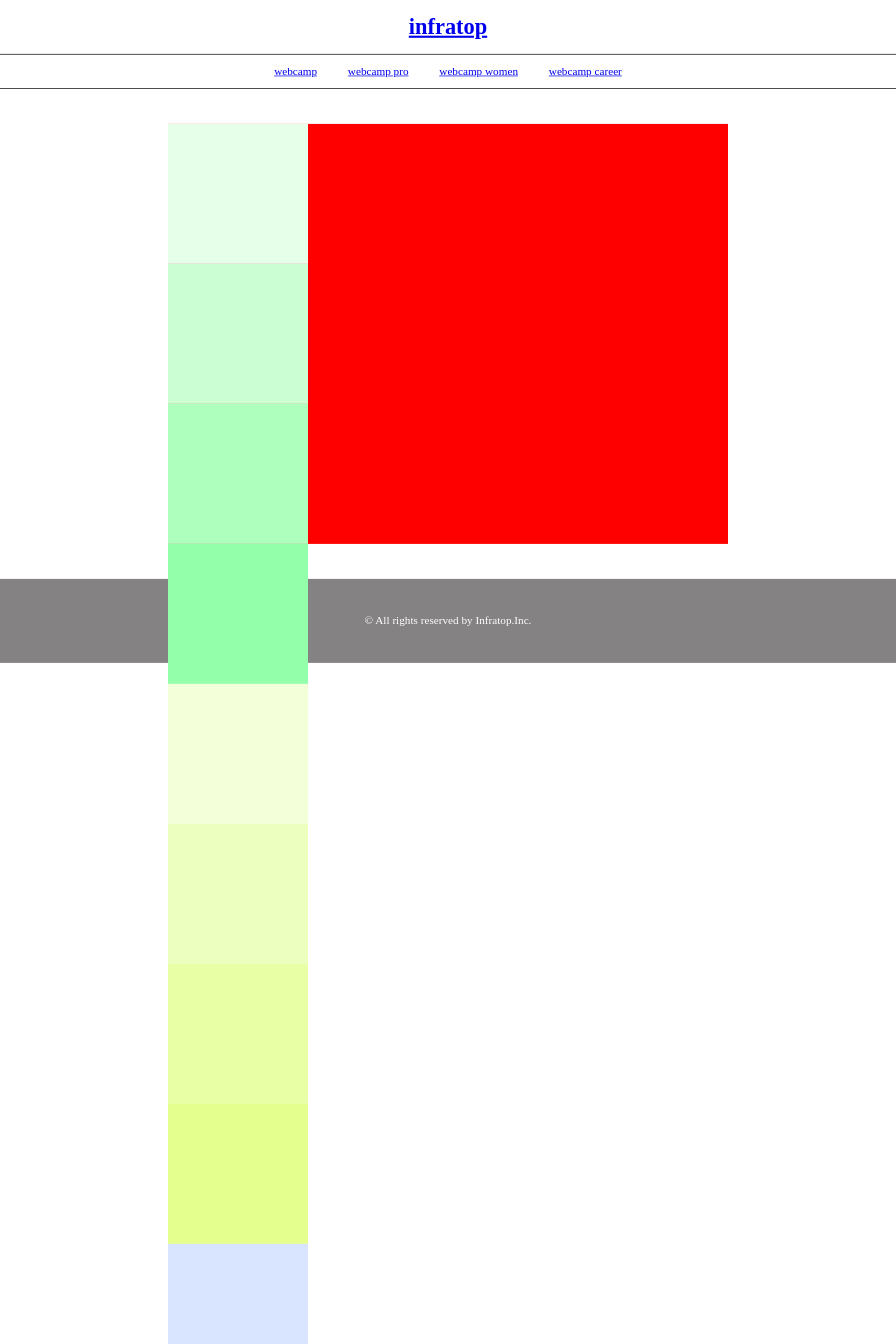
Repository: CarAll02/git-practice
Page: chapter5_exercise/index.html
The author's editor kept a record of every edit. The page is drawn from the files as they stood at one moment, then again after the next edit.
The browser window is 1280 px wide. The pictures show the part of the page from y = 0 to 1920 px (the page is 2577 px tall before and 947 px after), at 70% of full size.

Above is the page before.

### chapter5_exercise/index.html
<!DOCTYPE html>
<html lang="ja">
  <head>
    <meta charset="UTF-8"/>
    <link rel="stylesheet" href="style.css"/>
    <title>chapter5_exercise</title>
  </head>

  <body>
    <!--header-->
    <header>
      <h1 class="heading">
        <a href="index.html">
          infratop
        </a>
      </h1>
    </header>

    <!--navigation-->
    <nav>
      <ul class="nav-list">
        <li class="nav-list-item">
          <a href="index.html">webcamp</a>
        </li>
        <li class="nav-list-item">
          <a href="index.html">webcamp pro</a>
        </li>
        <li class="nav-list-item">
          <a href="index.html">webcamp women</a>
        </li>
        <li class="nav-list-item">
          <a href="index.html">webcamp career</a>
        </li>
      </ul>
    </nav>

    <!--main用のdiv-->
    <div class="main">
      <div class="box">
        <div class="green1"></div>
        <div class="green2"></div>
        <div class="green3"></div>
        <div class="green4"></div>
        <div class="yellow1"></div>
        <div class="yellow2"></div>
        <div class="yellow3"></div>
        <div class="yellow4"></div>
        <div class="blue1"></div>
        <div class="blue2"></div>
        <div class="blue3"></div>
        <div class="blue4"></div>
      </div>
    </div>

    <!--footer-->
    <footer>
      <p class="footer-text">© All rights reserved by Infratop.Inc.</p>
    </footer>
  </body>
</html>

### chapter5_exercise/style.css
/*ブラウザがそれぞれ持っているCSSをリセットするための記述*/
* {
  margin:0;
  padding:0;
  box-sizing:border-box;
}

header{
  width:90%;
  padding:20px 0;
  margin:0 auto;
  text-align: center;
}

.nav-list{
  text-align: center;
  padding:15px 0;
  margin:0 auto;
  border:solid black;
  border-top-width: 1px;
  border-bottom-width: 1px;
  border-left-width:0px;
  border-right-width: 0px;
}

.nav-list-item{
  list-style: none;
  display: inline-block;
  margin:0 20px;
}

.main{
  width: 100%;
  height: 700px;
  display:flex;/*Flexboxの利用*/
  justify-content:center;/*子要素の横並び・中央寄せ*/
  padding:50px 0;
  margin:0 auto;/*中央寄せ（左右に余白が無いと出来ない)*/
}

.box{
  width: 800px;
  height: 600px;
  background-color: red;
}

.green1{
  width:200px;
  height: 200px;
  background-color: #e6ffe9;
}

.green2{
  width:200px;
  height: 200px;
  background-color: #cbffd3;
}

.green3{
  width:200px;
  height: 200px;
  background-color: #aeffbd;
}

.green4{
  width:200px;
  height: 200px;
  background-color: #93ffab;
}

.yellow1{
  width:200px;
  height: 200px;
  background-color: #f3ffd8;
}

.yellow2{
  width:200px;
  height: 200px;
  background-color: #edffbe;
}

.yellow3{
  width:200px;
  height: 200px;
  background-color: #e9ffa5;
}

.yellow4{
  width:200px;
  height: 200px;
  background-color: #e4ff8d;
}

.blue1{
  width:200px;
  height: 200px;
  background-color: #d9e5ff;
}

.blue2{
  width:200px;
  height: 200px;
  background-color: #bad3ff;
}

.blue3{
  width:200px;
  height: 200px;
  background-color: #a4c6ff;
}

.blue4{
  width:200px;
  height: 200px;
  background-color: #8eb8ff;
}

footer{
  width:100%;
  height:120px;
  text-align: center;
  line-height: 120px;
  background-color: #848282;
}

.footer-text{
  color:#fff;
}

After the next edit:
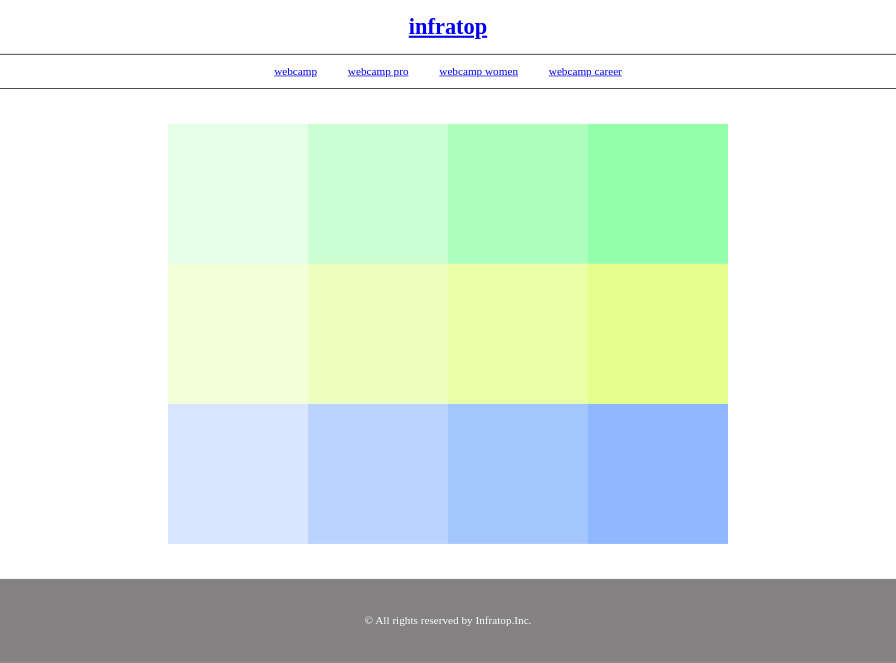
The edit:
--- a/chapter5_exercise/style.css
+++ b/chapter5_exercise/style.css
@@ -41,7 +41,9 @@
 .box{
   width: 800px;
   height: 600px;
-  background-color: red;
+  display:flex;/*Flexboxの利用*/
+  flex-wrap: wrap;
+  justify-content:center;
 }
 
 .green1{
